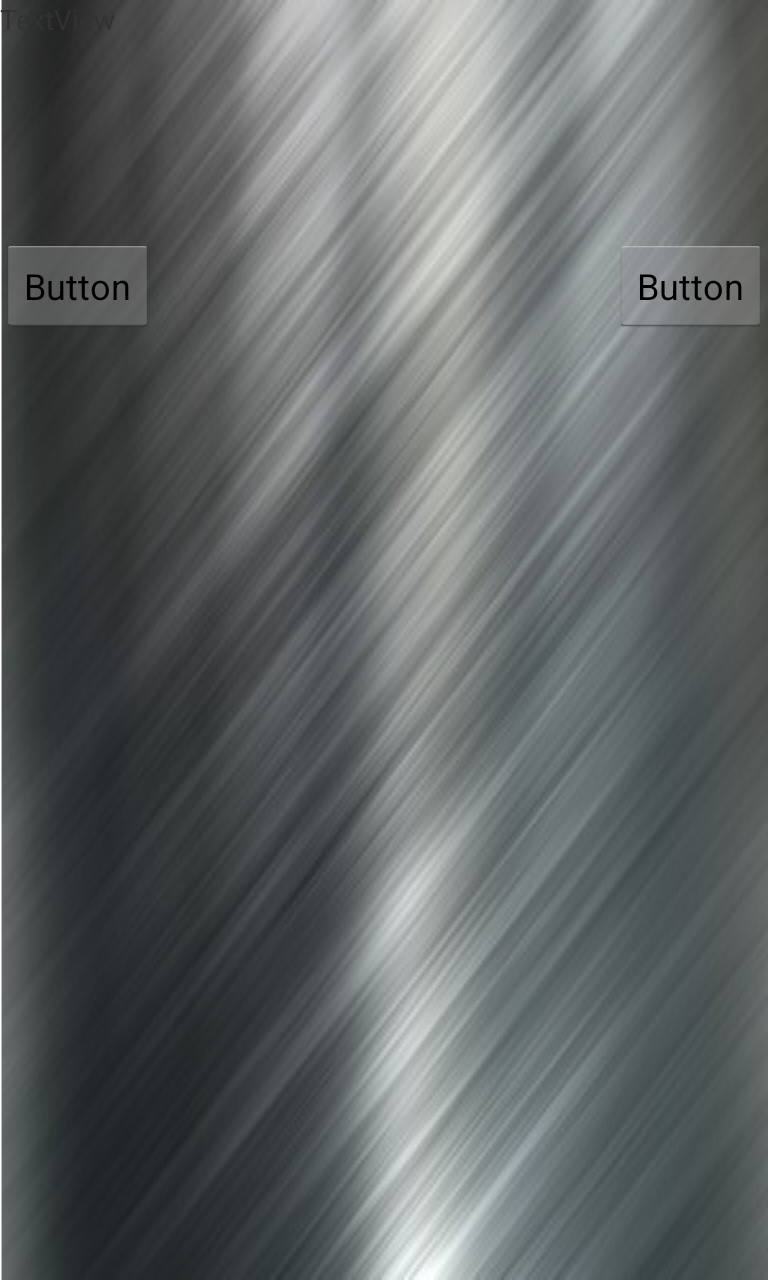
Repository: KrzysztofWolinski/WiesFight_Project
Layout: WiesFight/res/layout/dialog_exit.xml
The author's editor kept a copy of each file at every save. The layout is drawn from the files as they stood at one save, then again after the next save.
It is drawn on a 768 x 1280 px phone screen (xhdpi) without system bars, with theme AppTheme; the app's code is not run.

Above is the layout before, as saved 2014-11-09 21:04:53.

After the next save:
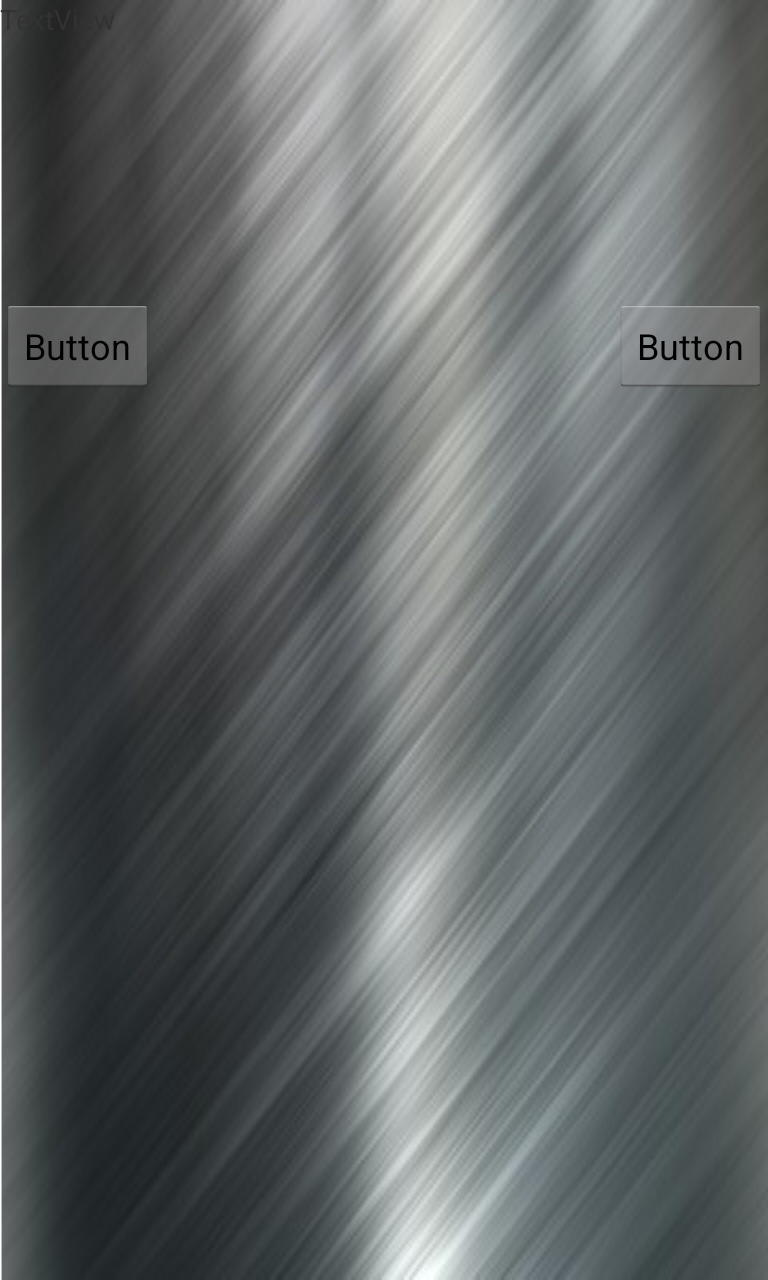
Saved 15 s later.
--- a/WiesFight/res/layout/dialog_exit.xml
+++ b/WiesFight/res/layout/dialog_exit.xml
@@ -17,7 +17,7 @@
             android:layout_height="wrap_content"
             android:layout_alignParentLeft="true"
             android:layout_below="@+id/textView1"
-            android:layout_marginTop="100dp"
+            android:layout_marginTop="130dp"
             android:text="Button" />
 
         <Button
